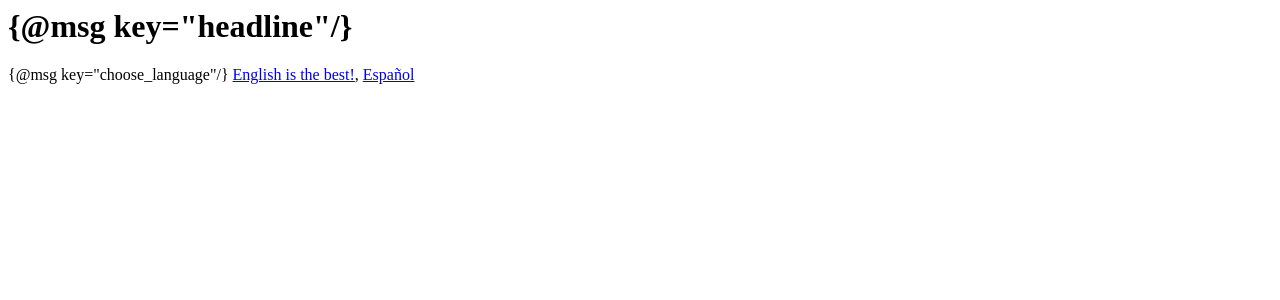
Repository: jeffwilsonatmm/Test-1
Page: Lavaca-1.0.5/src/templates/helloName.html
These files come from the project's save history. The page is drawn as it stood at one moment and after the next save; the edit follows.
The browser window is 1280 px wide. The pictures show the whole page.

Above is the page before, as saved 2013-01-03 15:12:59.

### Lavaca-1.0.5/src/templates/helloName.html
<h1>{@msg key="headline"/}</h1>
<p>
  {@msg key="choose_language"/} <a href="/lang?locale=en_US">English is the best!</a>, <a href="/lang?locale=es_MX">Español</a>
</p>

After the next save:
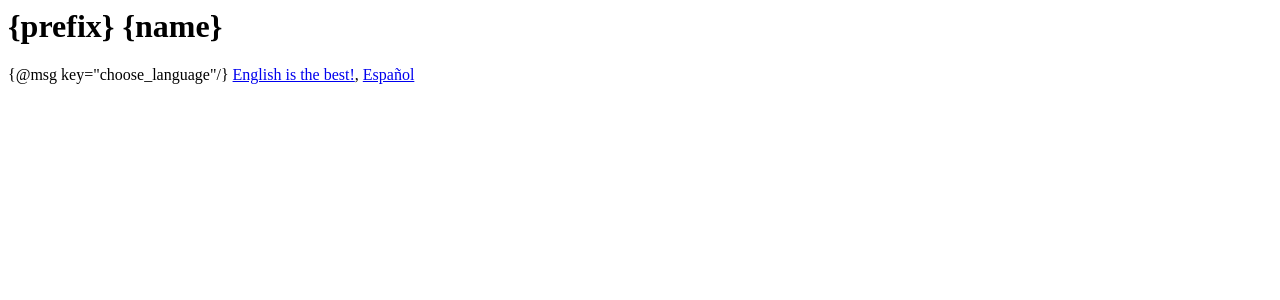
Saved 13 s later.
--- a/Lavaca-1.0.5/src/templates/helloName.html
+++ b/Lavaca-1.0.5/src/templates/helloName.html
@@ -1,4 +1,4 @@
-<h1>{@msg key="headline"/}</h1>
+<h1>{prefix} {name}</h1>
 <p>
   {@msg key="choose_language"/} <a href="/lang?locale=en_US">English is the best!</a>, <a href="/lang?locale=es_MX">Español</a>
 </p>
